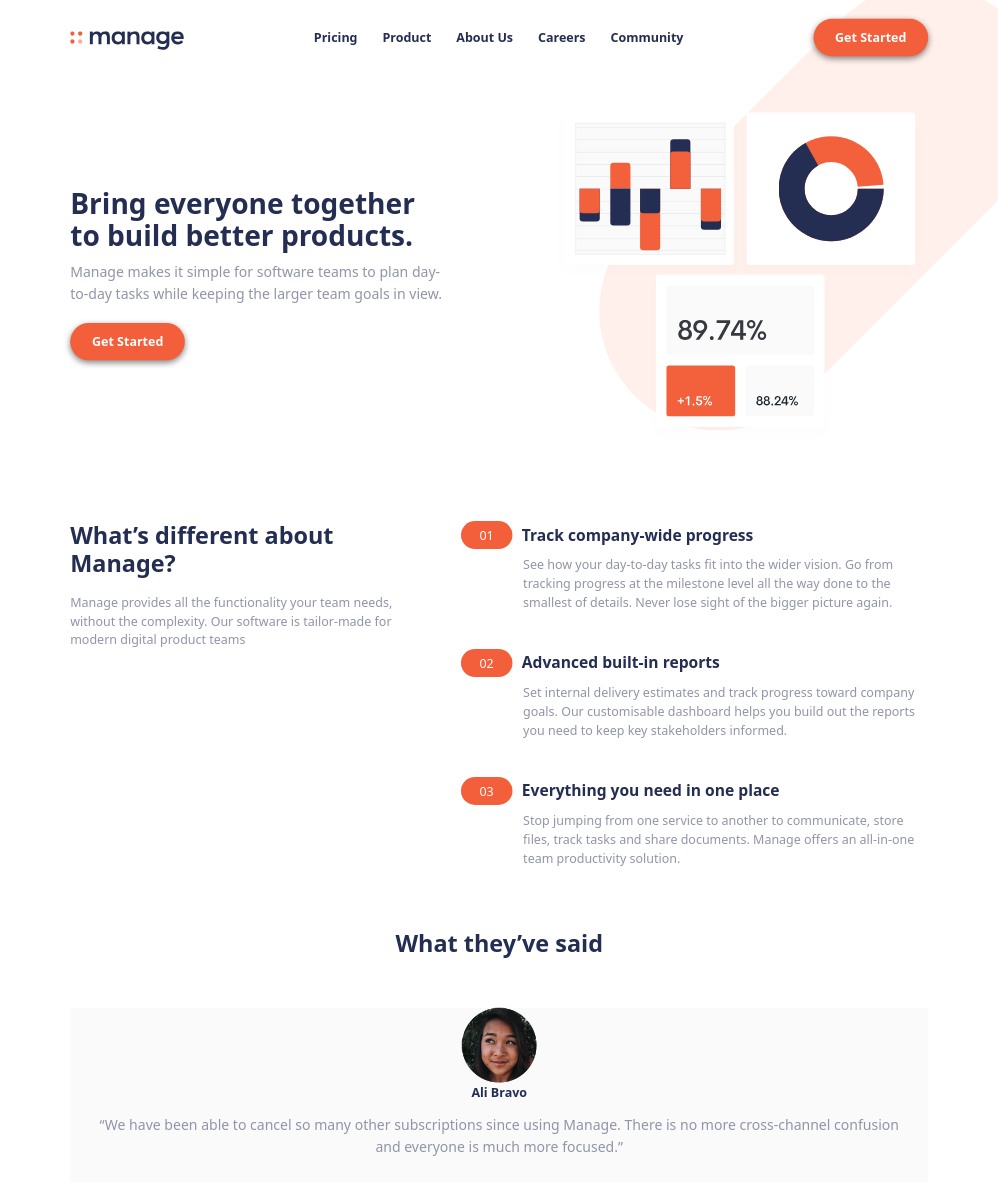
Repository: aqib-01/manage-landing-page
Page: /
The author's editor kept a copy of each file at every save. The page is drawn from the files as they stood at one save, then again after a run of saves.
The browser window is 1280 px wide. The pictures show the whole page, at 78% of full size.
The project was rebuilt for these pictures with package versions that can differ from the ones it lists, and the page was loaded fresh each time.

Above is the page before, as saved 2022-05-12 21:23:40.

After the next 2 saves:
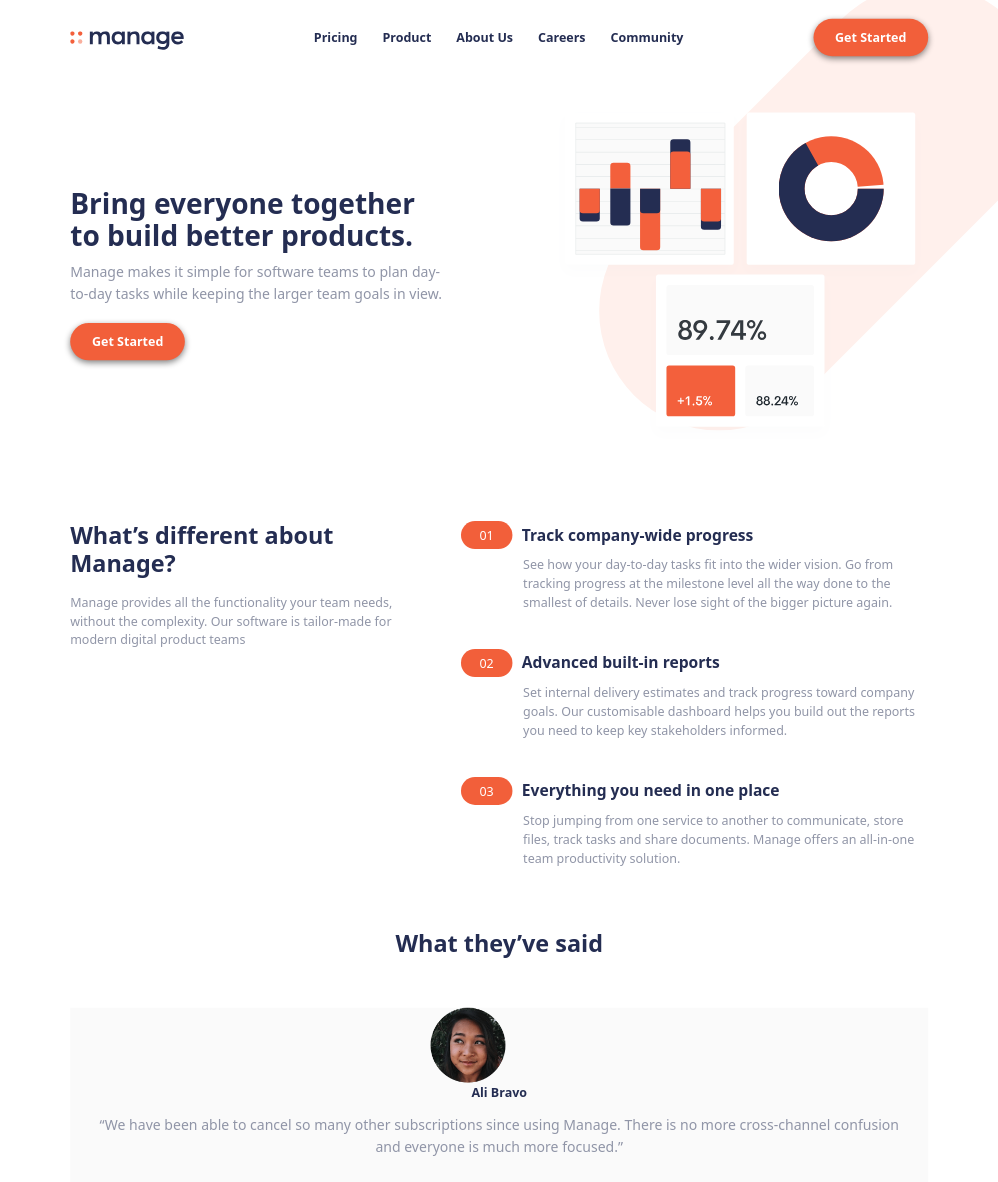
The 2 saves are shown as one change because they came seconds apart.
The last was saved 6 s later.
--- a/src/components/Testimonials.js
+++ b/src/components/Testimonials.js
@@ -10,7 +10,7 @@ const Testimonials = () => {
         <div>
           <div className="bg-very-light-gray px-6 pb-8">
             <img
-              className="w-24 tr block mx-auto"
+              className="w-24 -translate-x-10 block mx-auto"
               src="images/avatar-ali.png"
               alt=""
             />
